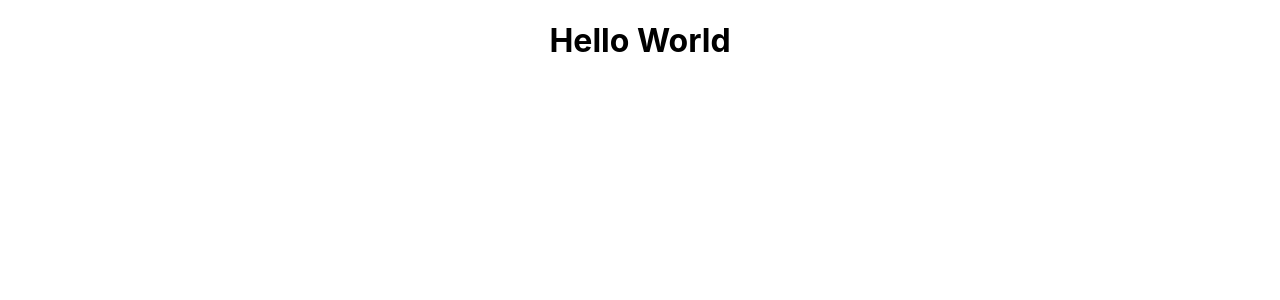
Repository: shikubro90/practice-with-hasib-vai
Page: /
The author's editor kept a copy of each file at every save. The page is drawn from the files as they stood at one save, then again after the next save.
The browser window is 1280 px wide. The pictures show the whole page.
The project was rebuilt for these pictures with package versions that can differ from the ones it lists, and the page was loaded fresh each time.

Above is the page before, as saved 2022-04-19 01:59:30.

### src/App.js
import './App.css';

function App() {
  return (
    <div className="App">
      <>
        <h1>Hello World</h1>
      </>
    </div>
  );
}

export default App;

Loaded but not shown: public/index.html (common file); src/index.js (common file); src/index.css (common file); src/reportWebVitals.js (common file); src/App.css (common file)

After the next save:
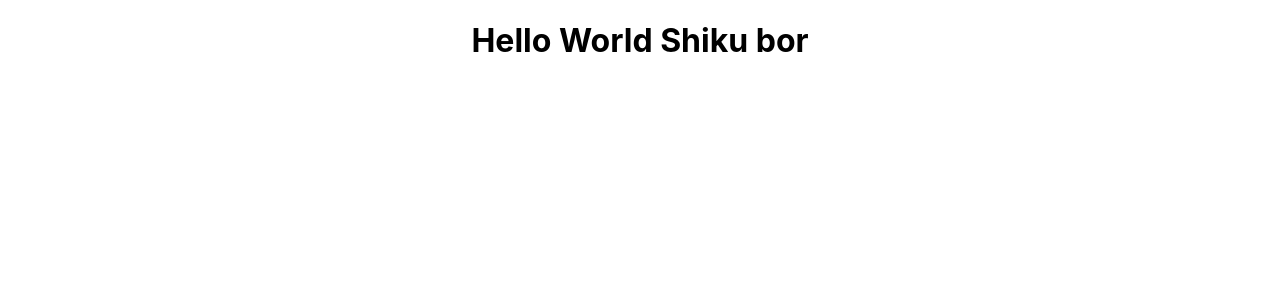
Saved 12 min 38 s later.
--- a/src/App.js
+++ b/src/App.js
@@ -4,7 +4,7 @@
   return (
     <div className="App">
       <>
-        <h1>Hello World</h1>
+        <h1>Hello World Shiku bor</h1>
       </>
     </div>
   );
